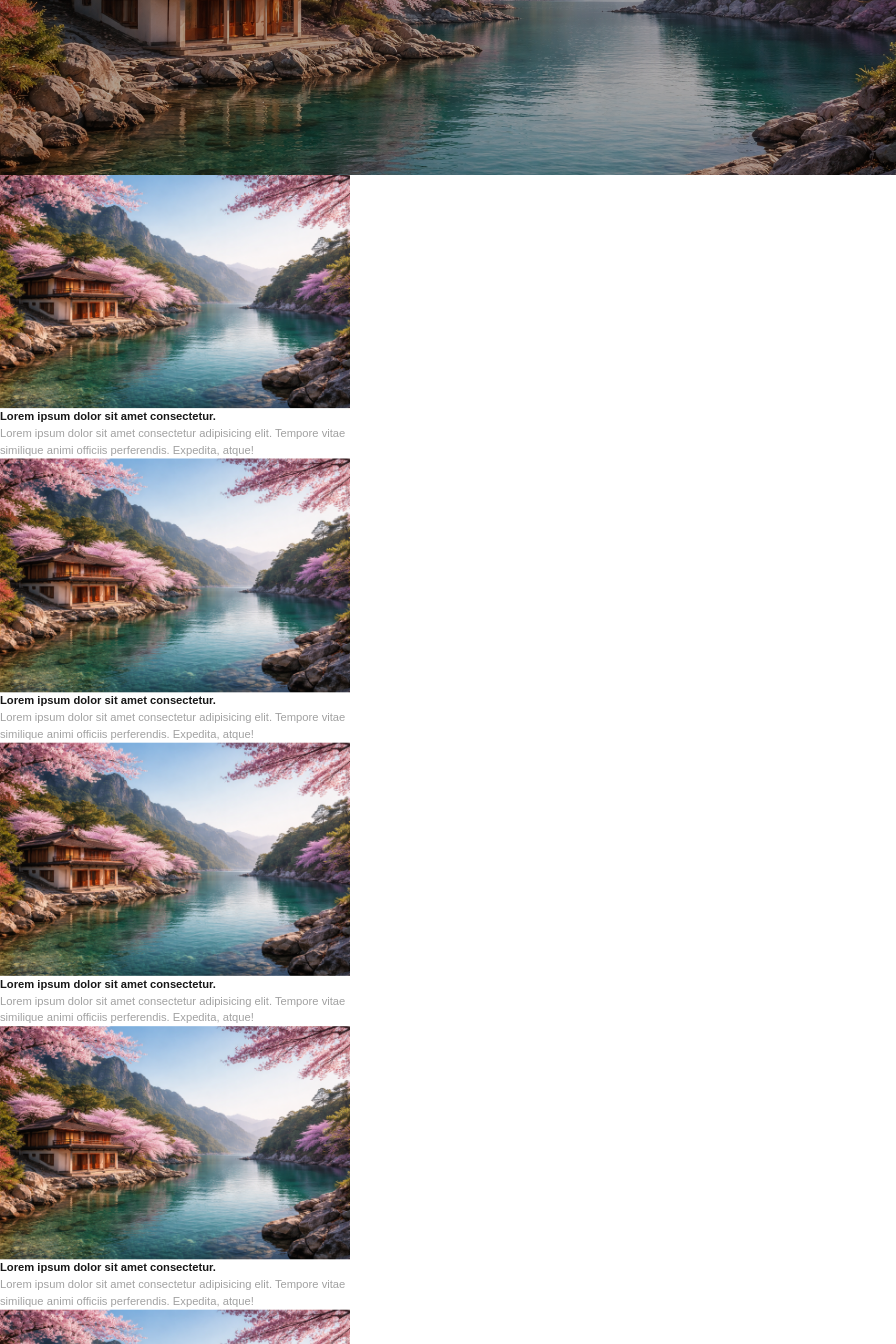
Repository: pedroantoniosi/tripicon-site
Page: /home
The author's editor kept a copy of each file at every save. The page is drawn from the files as they stood at one save, then again after the next save.
The browser window is 1280 px wide. The pictures show the part of the page from y = 470 to 2390 px (the page is 3152 px tall before and 1936 px after), at 70% of full size.
The project was rebuilt for these pictures with package versions that can differ from the ones it lists, and the page was loaded fresh each time. The framework's server and built-in components were replaced by stand-ins that run in the browser. Also part of the build but not shown: next.config.ts.

Above is the page before, as saved 2026-04-02 19:37:57.

### src/app/layout.tsx
import type { Metadata } from "next";
import { Geist, Geist_Mono } from "next/font/google";
import "./globals.css";

const geistSans = Geist({
  variable: "--font-geist-sans",
  subsets: ["latin"],
});

const geistMono = Geist_Mono({
  variable: "--font-geist-mono",
  subsets: ["latin"],
});

export const metadata: Metadata = {
  title: "Create Next App",
  description: "Generated by create next app",
};

export default function RootLayout({
  children,
}: Readonly<{
  children: React.ReactNode;
}>) {
  return (
    <html
      lang="en"
      className={`${geistSans.variable} ${geistMono.variable} h-full antialiased`}
    >
      <body className="min-h-full flex flex-col">{children}</body>
    </html>
  );
}

### src/app/home/page.tsx
"use client";
import styles from "./page.module.css";
import Searchbar from "@/components/searchbar/searchbar";
import Container from "@/components/Container/Container";
import Image from "next/image";
import Slider from "@/components/Slider/Slider";

const trips = [
  { title: "", image: "/images/banner.png" },
  { title: "", image: "/images/banner.png" },
  { title: "", image: "/images/banner.png" },
];

const reviews = [
  {
    name: "Mariana Souza",
    text: "Viajar para Kyoto sempre foi um sonho, mas eu não fazia ideia de por onde começar. A plataforma montou tudo pra mim e a experiência foi simplesmente perfeita.",
    stars: 5,
  },
  {
    name: "Lucas Ferreira",
    text: "Fiquei impressionado com a organização. Desde Tokyo até Osaka, tudo foi muito bem planejado. Zero dor de cabeça.",
    stars: 5,
  },
  {
    name: "Camila Ribeiro",
    text: "Eu queria uma viagem mais cultural e menos turística, e eles acertaram exatamente no que eu buscava. Kyoto foi o ponto alto da viagem.",
    stars: 5,
  },
  {
    name: "Rafael Martins",
    text: "Foi minha primeira viagem internacional e eu estava inseguro. O suporte foi excelente do começo ao fim, principalmente durante a estadia em Tokyo.",
    stars: 5,
  },
  {
    name: "Juliana Costa",
    text: "Consegui montar um roteiro completo em poucos minutos. A experiência no Monte Fuji foi inesquecível. Recomendo muito.",
    stars: 5,
  },
];

export default function Home() {
  return (
    <>
      {/* Sessão Inicial  Principal */}
      <section className={styles.heroContainer}>
        <div className={`${styles.heroCaption} col gap-2`}>
          <h1 className="text-4xl  text-center">
            {" "}
            Viaje com propósito. Explore com liberdade
          </h1>
          <p className="text-md lg:text-2xl text-center m-[12]">
            Experiências únicas, roteiros inteligentes e viagens planejadas nos
            mínimos detalhes.
          </p>
          <Searchbar />
        </div>
      </section>

      <section>
        {Array.from({ length: 6 }).map((_, index) => (
          <div key={index} className={`${styles.card}`}>
            <Image
              className=""
              src="/images/banner.png"
              alt="Banner"
              width={500}
              height={300}
            />
            <div className={`${styles.caption}`}>
              <h2 className="font-bold font">
                Lorem ipsum dolor sit amet consectetur.
              </h2>
              <p className={`${styles.text} text-neutral-400 max-w-[500px]`}>
                Lorem ipsum dolor sit amet consectetur adipisicing elit. Tempore
                vitae similique animi officiis perferendis. Expedita, atque!
              </p>
            </div>
          </div>
        ))}
      </section>
    </>
  );
}

### src/app/globals.css
@import "tailwindcss";
@import "bootstrap-icons/font/bootstrap-icons.css";

* {
  padding: 0;
  margin: 0;
  box-sizing: border-box;
}

:root {
  --background: #ffffff;
  --foreground: #171717;
  --primaryColor: #
}

@media (prefers-color-scheme: dark) {
  :root {
    --background: #0a0a0a;
    --foreground: #ededed;
  }
}

body {
  background: var(--background);
  color: var(--foreground);
  font-family: Arial, Helvetica, sans-serif;
}

### src/app/home/page.module.css
.heroContainer {
    padding: 1rem;
    position: relative;
    display: grid;
    place-items: center;
    z-index: 1;
    min-height: 70svh;

    &::after {
        content: ' ';
        position: absolute;
        width: 100%;
        height: 100%;
        left: 0;
        bottom: 0;
        background-image: url('/images/banner.png');
        background-size: cover;
        z-index: -1;
        filter: brightness(70%);
    }

    & .heroTitle {
        max-width: 1024px;
        text-align: center;
    }
}


@media (min-width: 1024px) {
    .heroContainer {
        padding: 2rem;
        min-height: 100vh;
    }

    .heroContainer .heroTitle {
        max-width: 1200px;
    }
}

@media (max-width: 768px) {
    .featuresContainer {


        & .card {
            position: relative;

            & .caption {
                width: 100%;
                position: absolute;
                bottom: 0;
                z-index: 1;

                & .text {
                    display: none;
                }
            }
        }
    }

}

### src/components/searchbar/searchbar.tsx
export default function searchbar() {
  return (
    <>
      <div className="p-[.5rem] bg-white rounded-full flex justify-between m-auto max-w-[768px]">
        <input
          className="p-1 text-black outline-none border-none"
          type="text"
          placeholder="O que você está procuranpo?"
        />
        <button className="bg-orange-400 px-2 rounded-full">Pesquisar</button>
      </div>
    </>
  );
}

After the next save:
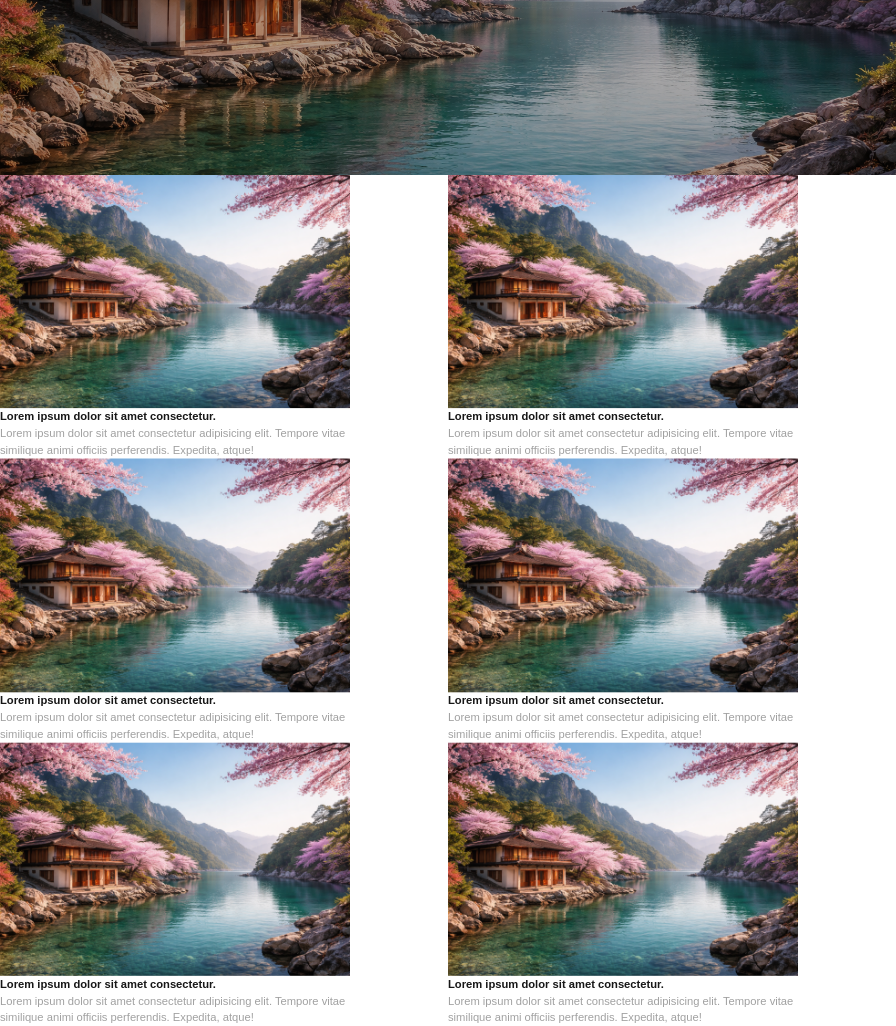
Saved 16 s later.
--- a/src/app/home/page.tsx
+++ b/src/app/home/page.tsx
@@ -57,7 +57,7 @@ export default function Home() {
         </div>
       </section>
 
-      <section>
+      <section className="grid grid-cols-2">
         {Array.from({ length: 6 }).map((_, index) => (
           <div key={index} className={`${styles.card}`}>
             <Image
